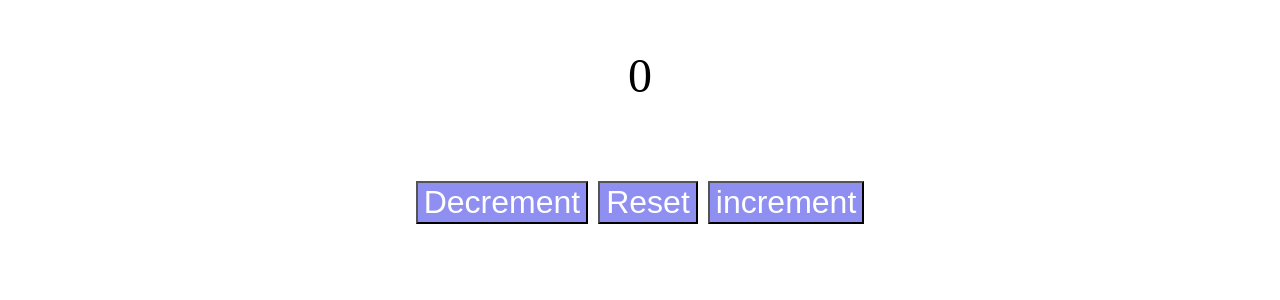
Repository: wakoya-tech/my-react-practice
Page: /
The author's editor kept a copy of each file at every save. The page is drawn from the files as they stood at one save, then again after the next save.
The browser window is 1280 px wide. The pictures show the whole page.
The project was rebuilt for these pictures with package versions that can differ from the ones it lists, and the page was loaded fresh each time. Also part of the build but not shown: vite.config.js.

Above is the page before, as saved 2025-10-02 11:33:28.

### src/index.css
Button{
  font-size: 2em;
  background-color: rgb(142, 143, 241);
  text-align: center;
  color: #fff;
  align-items: center;
  margin: 30px 5px ;
}
.button{
  align-items: center;
  text-align: center;
}
.wako{
  align-items: center;
  color: black;
  font-size: 3em;
}

### src/App.jsx
import Counter from './Counter.jsx'
function App(){
  return (
   <Counter/>
  );
}
export default App;

### src/Counter.jsx
import React, { useState } from "react";

function Counter(){
/*    const [name, setName] = useState("Ebisa");
    const [age, setAge] = useState(0);
    const [isEmployed, setIsEmployed] = useState(false);

    const toggleEmployedStatus = () => {
        setIsEmployed(!isEmployed);
    }

    const updateName = () => {
        setName("wako");
    }

    const incrementAge = () => {
        setAge(age + 1);
    }

    return(
    <>
        <p>Name: {name}</p>
        <button onClick={updateName}>Set Name</button>

        <p>Age: {age}</p>
        <button onClick={incrementAge}>Increment Age</button>

        <p>Is employed: {isEmployed ? "Yes" : "No"}</p>
        <button onClick={toggleEmployedStatus}>Toggle Status</button>
    </>
    )*/
   return(<>

   <div className="button">
    <p className="wako">0</p>
   <button>Decrement</button>
   <button>Reset</button>
   <button>increment</button>
   </div>

   </>);
}


export default Counter;

Loaded but not shown: index.html (common file); src/main.jsx (common file)

After the next save:
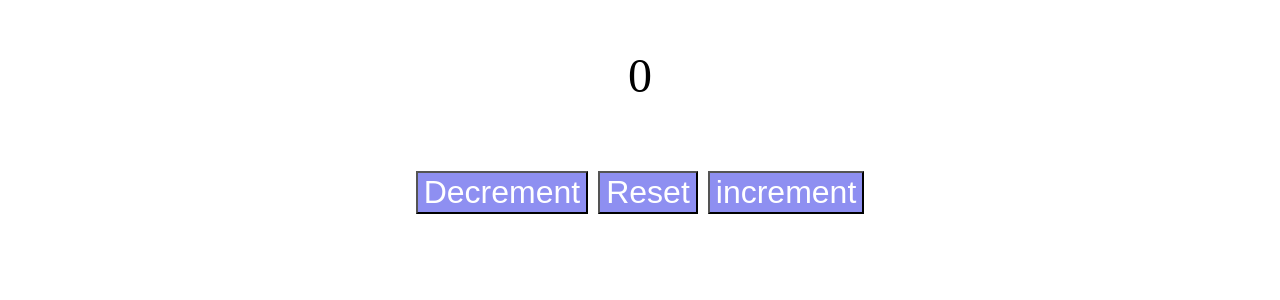
Saved 11 s later.
--- a/src/index.css
+++ b/src/index.css
@@ -4,7 +4,7 @@ Button{
   text-align: center;
   color: #fff;
   align-items: center;
-  margin: 30px 5px ;
+  margin: 20px 5px ;
 }
 .button{
   align-items: center;
